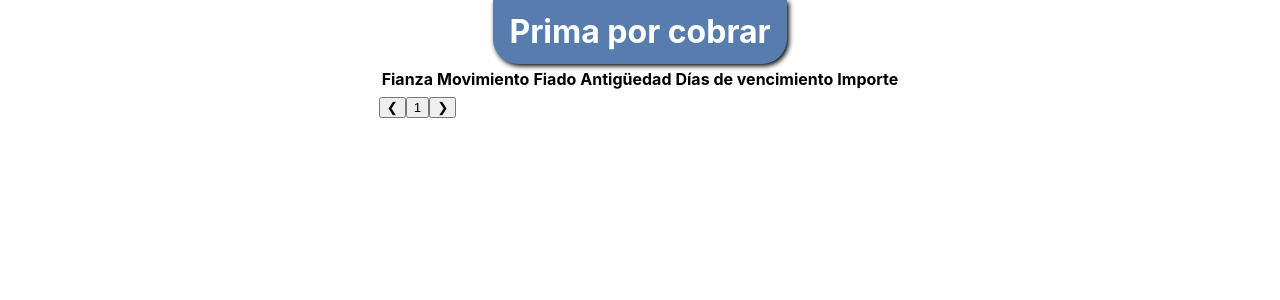
Repository: PCGP22/prueba-t-cnica-liberty-finanzas
Page: / (app in Prueba técnica full-stack/client/)
The author's editor kept a copy of each file at every save. The page is drawn from the files as they stood at one save, then again after the next save.
The browser window is 1280 px wide. The pictures show the whole page.
The page's requests for data from a server got no answer. The project was rebuilt for these pictures with package versions that can differ from the ones it lists, and the page was loaded fresh each time. No one was signed in, and anything a server would have sent is missing. Also part of the build but not shown: Prueba técnica full-stack/client/vite.config.js, Prueba técnica full-stack/client/src/components/Card.jsx, Prueba técnica full-stack/client/src/components/CardsContainer.jsx, Prueba técnica full-stack/client/src/components/Filters.jsx.

Above is the page before, as saved 2023-11-14 07:33:21.

### Prueba técnica full-stack/client/src/App.jsx
import { dataContext } from "./context/dataContext";
import Table from "./components/Table";
import { useEffect, useReducer } from "react";
import Pagination from "./components/pagination";
import reducer from "./hooks/Reducer";
import Header from "./components/Header";

function App() {
  let url = "http://localhost:5000/primas";
  const initialState = {
    backupData: {},
    data: {},
    dataToShow: {},
    currentPage: 1,
    maxPages: 1,
    contentPerPage: 8,
  };

  const [state, dispatch] = useReducer(reducer, initialState);
  useEffect(() => {
    fetch(url)
      .then((res) => res.json())
      .then((data) => dispatch({ type: "initialize", payload: data.primas }));
  }, [url]);

  return (
    <dataContext.Provider value={[state, dispatch]}>
      <Header />
      <Table />
      <Pagination />
    </dataContext.Provider>
  );
}

export default App;

### Prueba técnica full-stack/client/src/index.css
:root {
  font-family: Inter, system-ui, Avenir, Helvetica, Arial, sans-serif;
  line-height: 1.5;
  font-weight: 400;
  --background-color: #f2f2f1;
  --darkest-blue: #22305a;
  --blue: #1a4b94;
  --light-blue: #577dae;
  --lightest-blue: #9fbde4;
  --status-red: #de7878;
  --status-yellow: #f6c476;
  --status-green: #8fc475;
  --icon-red: #b93d3d;
  --icon-green: #6cb85d;
  --text-blue: #3a689d;
  --text-red:  #af2e2c;
  --box-shadow: black 2px 2px 5px;
}
body, h1{
  margin: 0;
  padding: 0;
}
body, header{
  display: flex;
  flex-direction: column;
  align-items: center;
}
h1{
  display: inline-block;
  padding: 8px 16px;
  border-radius: 0 0 25px 25px;
  background-color: var(--light-blue);
  color:white;
  text-align: center;
  box-shadow: var(--box-shadow);
}

### Prueba técnica full-stack/client/src/context/dataContext.js
import { createContext } from "react";

export const dataContext = createContext();

### Prueba técnica full-stack/client/src/components/Table.jsx
import { calculateAntiquityInDays } from "../utils/utils";
import { useContext } from "react";
import { dataContext } from "../context/dataContext";

function Table() {
  const [state, dispatch] = useContext(dataContext);

  return (
    <table>
      <tbody>
        <tr>
          <th>Fianza</th>
          <th>Movimiento</th>
          <th>Fiado</th>
          <th>Antigüedad</th>
          <th>Días de vencimiento</th>
          <th>Importe</th>
        </tr>
        {state.dataToShow.length > 0 &&
          state.dataToShow.map((t) => {
            let antiquity = calculateAntiquityInDays(
              t.datos["fecha de emisión"]
            );
            let daysSinceStale = calculateAntiquityInDays(
              t.datos["fecha de vencimiento"]
            );
            if (daysSinceStale < 0) daysSinceStale = 0;
            return (
              <tr key={t.datos.código_de_fianza}>
                <td>{t.datos.código_de_fianza}</td>
                <td>{t.datos.tipo_de_movimiento}</td>
                <td>{t.datos.fiado}</td>
                <td>{antiquity}</td>
                <td>{daysSinceStale}</td>
                <td>${t.datos.importe.toLocaleString()}</td>
              </tr>
            );
          })}
      </tbody>
    </table>
  );
}

export default Table;

### Prueba técnica full-stack/client/src/components/pagination.jsx
import { useContext } from "react";
import { dataContext } from "../context/dataContext";

function Pagination() {
  const [state, dispatch] = useContext(dataContext);

  //   return <button onClick={() => dispatch({ type: "change" })}>Cambiar</button>;
  //   const { state.maxPages, state.currentPage, setstate.CurrentPage, setNextPage, setPrevPage } =
  // useContext(dataContext);
  //This pagination is somewhat complex because I've used it before in bigger proyects.
  //First, it initializes the pagination buttons to the first 6 numbers except for the number 1
  //The reason it doesn't includes the first page is because the first and last page buttons are always shown
  let pagesButtons = [2, 3, 4, 5, 6];
  //while the current page stays on the first three pages, show all first 6
  //The reason for the if, it's that I want the first 6 buttons to be shown when returning from the latest pages
  if (
    state.currentPage === 1 ||
    state.currentPage === 2 ||
    state.currentPage === 3
  ) {
    pagesButtons = [2, 3, 4, 5, 6];
  }
  //As soon as we change to page 4 or more, let's follow the current page and
  //add two buttons to the left and two to the right
  if (state.currentPage >= 4) {
    pagesButtons = [
      state.currentPage - 2,
      state.currentPage - 1,
      state.currentPage,
      state.currentPage + 1,
      state.currentPage + 2,
    ];
  }
  //When approaching to the right end of the pagination, show the last 5 pages
  if (
    state.currentPage === state.maxPages - 1 ||
    state.currentPage === state.maxPages - 2 ||
    state.currentPage === state.maxPages
  ) {
    //The reason it doesn't includes the last page is because the first and last page buttons are always shown
    pagesButtons = [
      state.maxPages - 5,
      state.maxPages - 4,
      state.maxPages - 3,
      state.maxPages - 2,
      state.maxPages - 1,
    ];
  }
  return (
    <section className="pagination">
      <button
        //About the class: When in first or last page the navigation chevrons will have a special class
        //The same happens when the button is the current page
        className={`${state.currentPage === 1 && "disabled"}`}
        onClick={() => dispatch({ type: "prevPage" })}>
        ❮
      </button>
      {/* First button, always shown */}
      <button
        className={`${state.currentPage === 1 && "disabled"}`}
        onClick={() => dispatch({ type: "setPage", payload: 1 })}>
        1
      </button>
      {/* Adds three dots in case the current page is bigger than 4*/}
      {state.currentPage > 4 && <p>•••</p>}
      {/* Map through all pages defined in the first part*/}
      {pagesButtons.map((p) => {
        if (p > 1 && p < state.maxPages)
          return (
            <button
              className={`${state.currentPage === p && "disabled"}`}
              key={p}
              onClick={() => dispatch({ type: "setPage", payload: p })}>
              {p}
            </button>
          );
      })}
      {/* Adds three dots in case the current page is getting closer to the right end*/}
      {state.currentPage < state.maxPages - 3 && <p>•••</p>}
      {/* If there's more than 1 page, show always the last page*/}
      {state.maxPages > 1 && (
        <button
          className={`${state.currentPage === state.maxPages && "disabled"}`}
          onClick={() =>
            dispatch({ type: "setPage", payload: state.maxPages })
          }>
          {state.maxPages}
        </button>
      )}
      <button
        className={`${state.currentPage === state.maxPages && "disabled"}`}
        onClick={() => dispatch({ type: "nextPage" })}>
        ❯
      </button>
    </section>
  );
}

export default Pagination;

### Prueba técnica full-stack/client/src/hooks/Reducer.js
function reducer(state, action) {
  function divideData(data, currentPage, state) {
    let dividedData = data.slice(
      (currentPage - 1) * state.contentPerPage,
      currentPage * state.contentPerPage
    );
    return dividedData;
  }
  function calculateMaxPages(data, state) {
    let maxPages = Math.ceil(data.length / state.contentPerPage);
    return maxPages;
  }
  const { type, payload } = action;
  switch (type) {
    case "initialize":
      return {
        ...state,
        backupData: payload,
        data: payload,
        dataToShow: divideData(payload, 1, state),
        maxPages: calculateMaxPages(payload, state),
      };
    case "prevPage":
      if (state.currentPage > 1) {
        return {
          ...state,
          currentPage: state.currentPage - 1,
          dataToShow: divideData(state.data, state.currentPage - 1, state),
        };
      } else return state;
    case "nextPage":
      if (state.currentPage < state.maxPages) {
        return {
          ...state,
          currentPage: state.currentPage + 1,
          dataToShow: divideData(state.data, state.currentPage + 1, state),
        };
      } else return state;
    case "setPage":
      return {
        ...state,
        currentPage: payload,
        dataToShow: divideData(state.data, payload, state),
      };
    case "filter":
      if (payload.filter === "") {
        return { ...state, dataToShow: state.backupData };
      } else
        return {
          ...state,
          dataToShow: state.backupData.filter(
            (d) => d[payload.type] === payload.filter
          ),
        };
    default:
      return state;
  }
}

export default reducer;

### Prueba técnica full-stack/client/src/components/Header.jsx
import CardsContainer from "./CardsContainer";
import Filters from "./Filters";

function Header() {
  return (
    <header>
      <h1>Prima por cobrar</h1>
      <Filters />
      <CardsContainer />
    </header>
  );
}

export default Header;

### Prueba técnica full-stack/client/src/utils/utils.js
//This function calculates how many days have passed since a date
export function calculateAntiquityInDays(date) {
  let parsedDate = parseDate(date);
  const CONSTANT_Ms_TO_DAYS = 86400000;
  let today = new Date();
  let comparisonDate = new Date(parsedDate);
  return Math.trunc((today - comparisonDate) / CONSTANT_Ms_TO_DAYS) - 1;
}

//transforms the date DD/MM/YYYY to an acceptable MM/DD/YYYY
function parseDate(date) {
  let stringToArray = date.split("/");
  let temp = stringToArray[0];
  stringToArray[0] = stringToArray[1];
  stringToArray[1] = temp;
  return stringToArray.join("/");
}

Loaded but not shown: Prueba técnica full-stack/client/index.html (common file); Prueba técnica full-stack/client/src/main.jsx (common file)

After the next save:
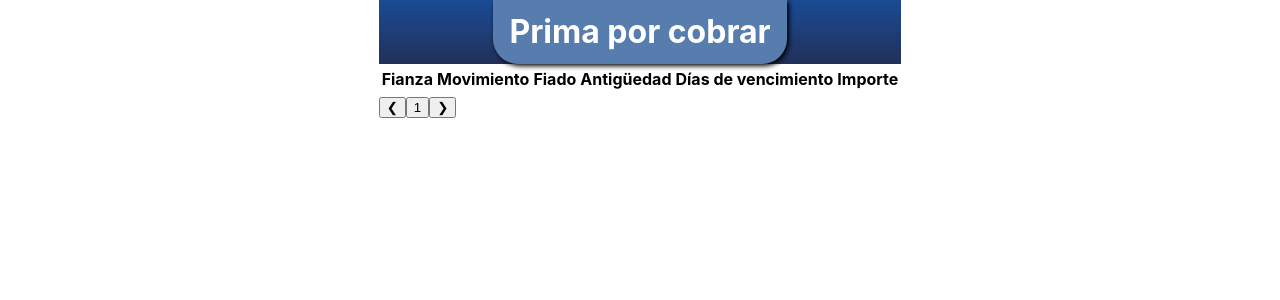
Saved 32 s later.
--- a/Prueba técnica full-stack/client/src/index.css
+++ b/Prueba técnica full-stack/client/src/index.css
@@ -34,3 +34,7 @@ h1{
   text-align: center;
   box-shadow: var(--box-shadow);
 }
+
+header{
+  background-image: linear-gradient(var(--blue), var(--darkest-blue));
+}

After the save that followed:
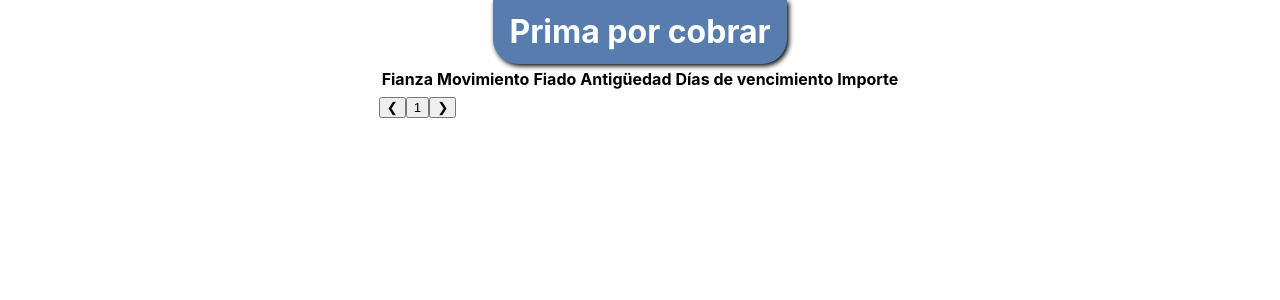
Saved 7 s later.
--- a/Prueba técnica full-stack/client/src/index.css
+++ b/Prueba técnica full-stack/client/src/index.css
@@ -36,5 +36,5 @@ h1{
 }
 
 header{
-  background-image: linear-gradient(var(--blue), var(--darkest-blue));
+  background-image: linear-gradient(var(--blue), var(--darkest-blue), 90deg);
 }
